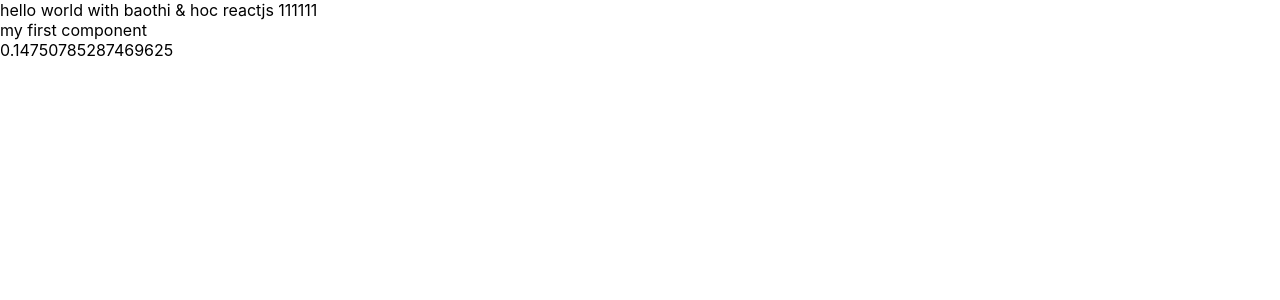
Repository: baothi/base-reactjs
Page: /
An editor plug-in stored every save of this project. The page is shown before and after the next save, followed by the edit.
The browser window is 1280 px wide. The pictures show the whole page.
The project was rebuilt for these pictures with package versions that can differ from the ones it lists, and the page was loaded fresh each time. Also part of the build but not shown: src/App.css.

Above is the page before, as saved 2022-10-08 13:36:50.

After the next save:
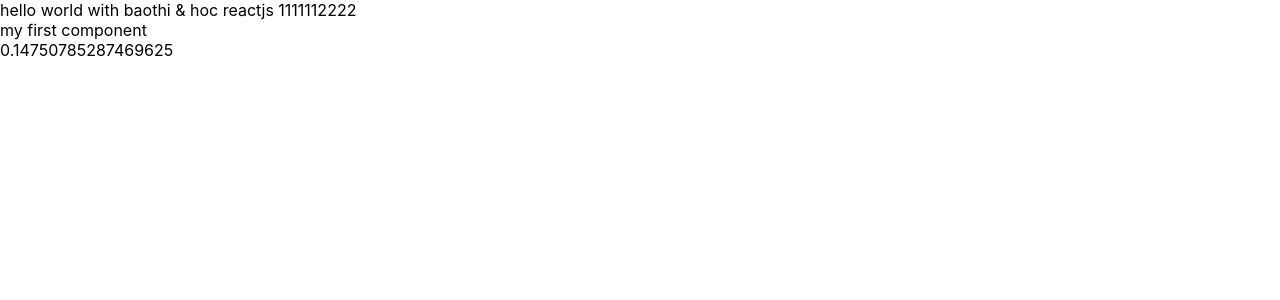
Saved 13 s later.
--- a/src/App.js
+++ b/src/App.js
@@ -9,7 +9,7 @@
   render() {
     return (
       <div>
-      hello world with baothi &amp; hoc reactjs 111111
+      hello world with baothi &amp; hoc reactjs 1111112222
       <MyComponent />
     </div>
     )
